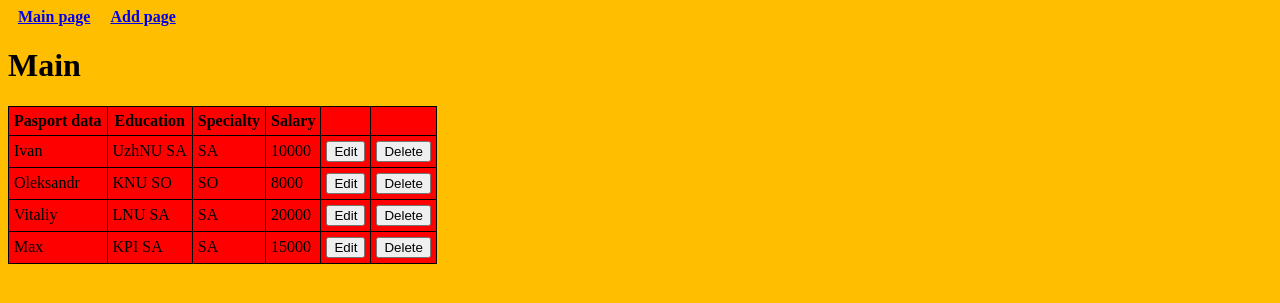
Repository: Alan-Melnychenko/vue
Page: / (app in Project/)
The author's editor kept a copy of each file at every save. The page is drawn from the files as they stood at one save, then again after the next save.
The browser window is 1280 px wide. The pictures show the whole page.
The project was rebuilt for these pictures with package versions that can differ from the ones it lists, and the page was loaded fresh each time. Also part of the build but not shown: Project/vue.config.js, Project/src/pages/Add/index.vue, Project/src/pages/Edit/index.vue.

Above is the page before, as saved 2022-11-08 23:25:05.

### Project/src/App.vue
<template>
  <div>
    <header>
      <router-link class="link" to="/"><b>Main page</b></router-link>
      <router-link class="link" to="/add"><b>Add page</b></router-link>
    </header>
    <main>
      <router-view></router-view>
    </main>
  </div>
</template>
<script>
export default {
  name: "App",
  components: {},
};
</script>

<style>
tr {
  background-color: red;
}
table {
  background-color: rgb(0, 242, 255);
}
body {
  background-color: rgb(255, 191, 0);
}
.link {
  margin: 10px;
}
table {
  border-collapse: collapse;
  border: 1px solid black;
  padding: 2px;
}
th {
  border: 1px solid black;
  padding: 5px;
}
td {
  border: 1px solid black;
  padding: 5px;
}
</style>

### Project/src/router.js
import { createRouter, createWebHashHistory } from "vue-router";

import MainPage from "./pages/Main/index.vue";
import AddPage from "./pages/Add/index.vue";
import EditPage from "./pages/Edit/index.vue";

const routes = [
  {
    path: "/",
    name: "main",
    component: MainPage,
  },
  {
    path: "/add",
    name: "add",
    component: AddPage,
  },
  {
    path: "/edit/:id?",
    name: "edit",
    component: EditPage,
  },
];

const router = createRouter({
  history: createWebHashHistory(),
  routes,
});

export default router;

### Project/src/store/index.js
import { createStore } from "vuex";

const store = createStore({
  state() {
    return {
      listData: [
        {
          id: 0,
          pasport: "Ivan",
          education: "UzhNU SA",
          specialty: "SA",
          salary: 10000,
        },
        {
          id: 1,
          pasport: "Oleksandr",
          education: "KNU SO",
          specialty: "SO",
          salary: 8000,
        },
        {
          id: 2,
          pasport: "Vitaliy",
          education: "LNU SA",
          specialty: "SA",
          salary: 20000,
        },
        {
          id: 3,
          pasport: "Max",
          education: "KPI SA",
          specialty: "SA",
          salary: 15000,
        },
      ],
    };
  },
  getters: {
    getAllListData: (state) => state.listData,
    getEmployeeById: (state) => (id) => {
      return state.listData[id];
    },
  },

  mutations: {
    addNewEmployee(state, arr) {
      state.listData.push(arr);
    },
    editEmployee(state, arr) {
      state.listData[arr[0]] = arr[1];
    },
    deleteEmployee(state, id) {
      state.listData = state.listData.filter((item) => item.id !== id);
    },
  },
  actions: {
    addNewEmployeeAction({ commit }, arr) {
      commit("addNewEmployee", arr);
    },
    editEmployeeAction({ commit }, arr) {
      commit("editEmployee", arr);
    },
    deleteEmployeeAction({ commit }, id) {
      commit("deleteEmployee", id);
    },
  },
});

export default store;

### Project/src/pages/Main/index.vue
<template>
  <div>
    <h1>Main</h1>
    <table>
      <tr>
        <th>Pasport data</th>
        <th>Education</th>
        <th>Specialty</th>
        <th>Salary</th>
        <th></th>
        <th></th>
      </tr>
      <employee-card
        v-for="item in getAllListData"
        :key="item.id"
        :pasport="item.pasport"
        :education="item.education"
        :specialty="item.specialty"
        :salary="item.salary"
      />
    </table>
  </div>
</template>

<script>
import employeeCard from "@/components/employee.vue";
import { mapGetters } from "vuex";
export default {
  name: "MainPage",
  components: {
    employeeCard,
  },
  computed: {
    ...mapGetters(["getAllListData"]),
  },
  methods: {
    goToAdd() {
      this.$router.push({ path: "/add" });
    },
    goToEdit() {
      this.$router.push({ path: "/edit" });
    },
  },
};
</script>

<style lang="css" scoped></style>

### Project/src/components/employee.vue
<template>
  <tr>
    <td>{{ pasport }}</td>
    <td>{{ education }}</td>
    <td>{{ specialty }}</td>
    <td>{{ salary }}</td>
    <td><button @click="onEdit(id)">Edit</button></td>
    <td><button @click="onDelete(id)">Delete</button></td>
  </tr>
</template>

<script>
import { mapActions } from "vuex";
export default {
  name: "employeeCard",

  props: {
    id: {
      type: Number,
      default: 0,
    },
    pasport: {
      type: String,
      default: "No pasport data",
    },
    education: {
      type: String,
      default: "No education",
    },
    specialty: {
      type: String,
      default: "No specialty",
    },
    salary: {
      type: Number,
      default: 0,
    },
  },
  methods: {
    ...mapActions(["deleteEmployeeAction"]),
    onEdit(id) {
      this.$router.push({
        name: "edit",
        params: { id: id },
      });
    },
    onDelete(id) {
      this.deleteEmployeeAction(id);
    },
  },
};
</script>

<style lang="css" scoped></style>

Loaded but not shown: Project/public/index.html (common file); Project/src/main.js (common file)

After the next save:
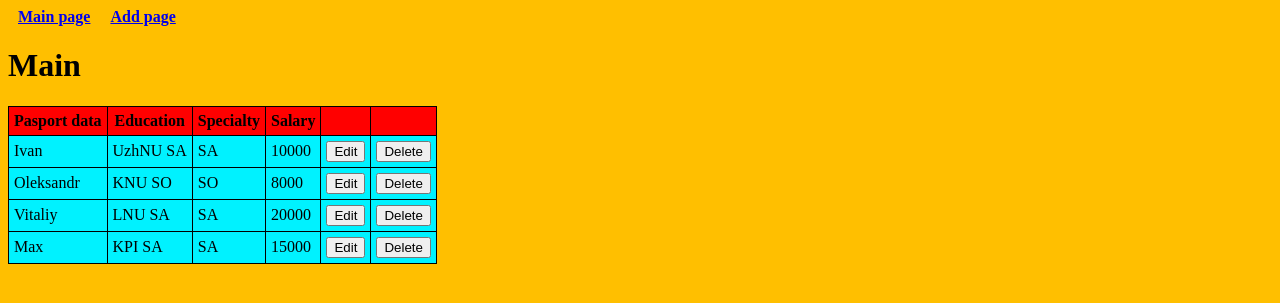
Saved 29 s later.
--- a/Project/src/App.vue
+++ b/Project/src/App.vue
@@ -17,9 +17,6 @@ export default {
 </script>
 
 <style>
-tr {
-  background-color: red;
-}
 table {
   background-color: rgb(0, 242, 255);
 }
@@ -35,6 +32,7 @@ table {
   padding: 2px;
 }
 th {
+  background-color: red;
   border: 1px solid black;
   padding: 5px;
 }
